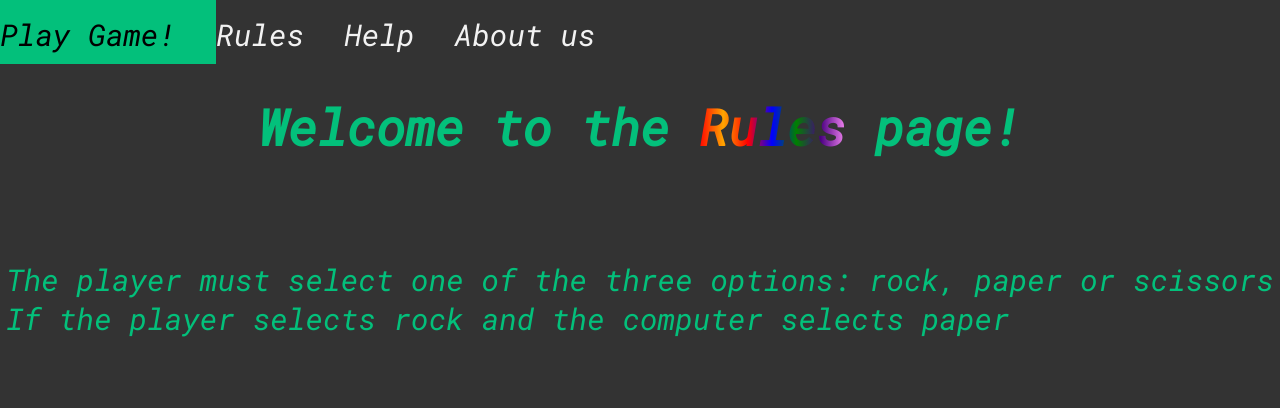
Repository: Ascendrospyder/rock-paper-scissors
Page: rulesPage.html
An editor plug-in stored every save of this project. The page is shown before and after the next save, followed by the edit.
The browser window is 1280 px wide. The pictures show the whole page.

Above is the page before, as saved 2022-12-26 12:59:32.

After the next save:
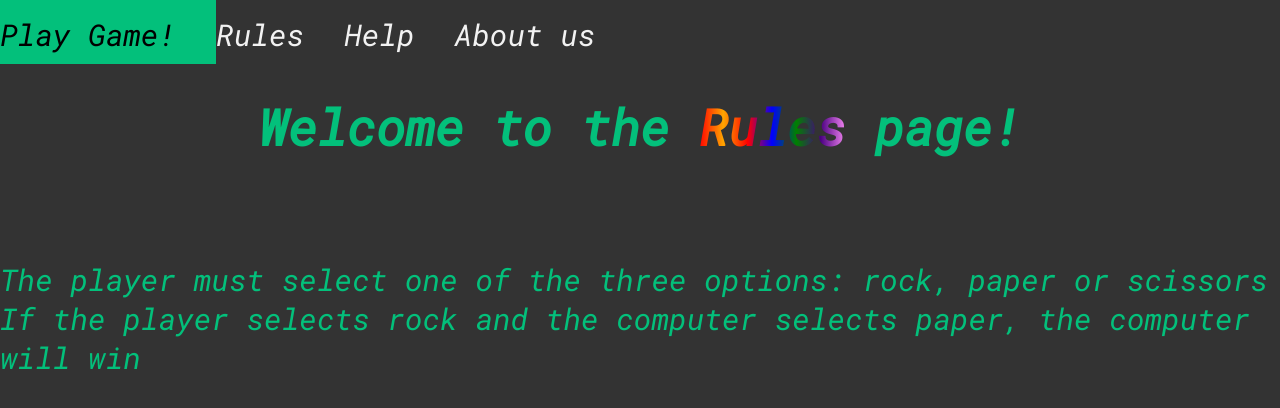
Saved 4 s later.
--- a/rulesPage.html
+++ b/rulesPage.html
@@ -34,7 +34,7 @@
     <div class="rules-list">
       <ol class="prompt-message">
         <li>The player must select one of the three options: rock, paper or scissors</li>
-        <li>If the player selects rock and the computer selects paper</li>
+        <li>If the player selects rock and the computer selects paper, the computer will win</li>
       </ol>
     </div>
   </body>
